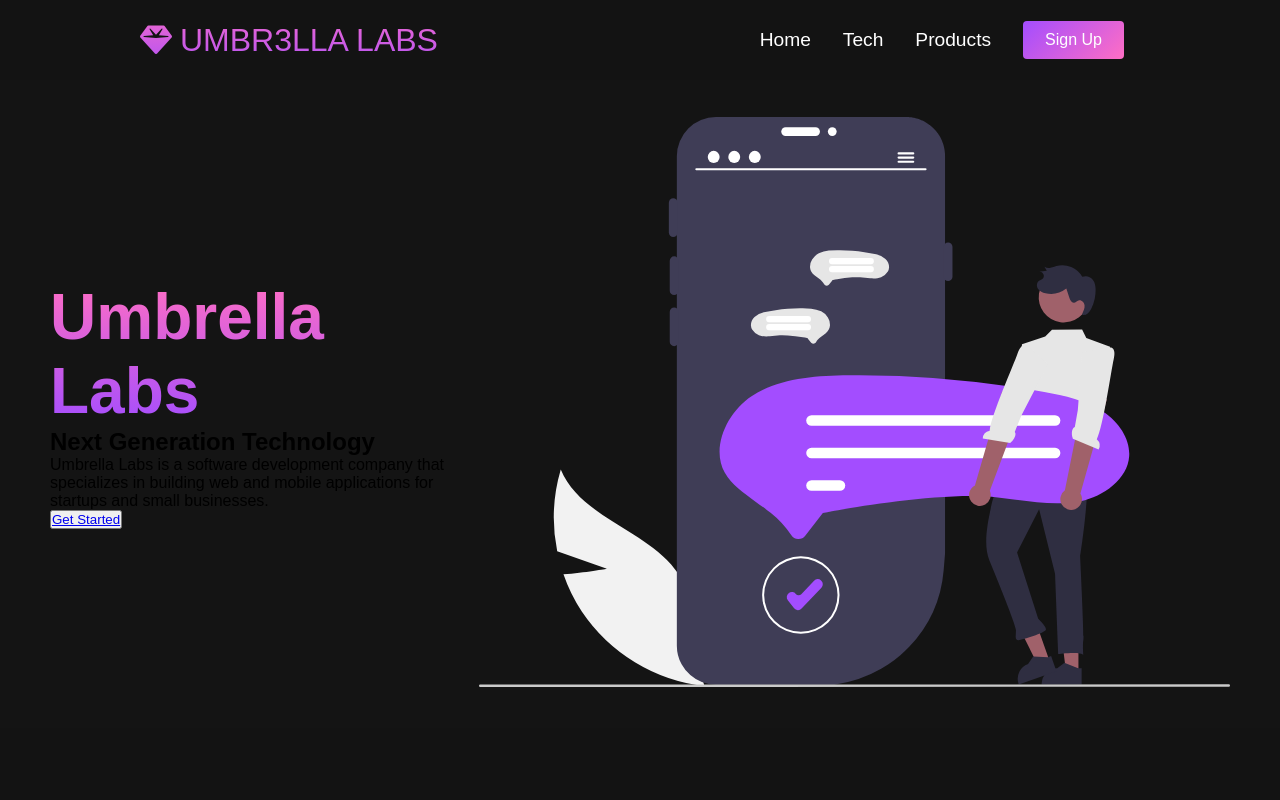
Repository: MikeeBuilds/umbr3lla
Page: index.html
The author's editor kept a copy of each file at every save. The page is drawn from the files as they stood at one save, then again after the next save.
The browser window is 1280 px wide. The pictures show the whole page.
Some web libraries are served in a nearby version.

Above is the page before, as saved 2023-05-27 19:38:39.

### index.html
<!DOCTYPE html>
<html lang="en">
  <head>
    <meta charset="UTF-8" />
    <meta http-equiv="X-UA-Compatible" content="IE=edge" />
    <meta name="viewport" content="width=device-width, initial-scale=1.0" />
    <title>Umbr3lla Labs</title>
    <link
      rel="stylesheet"
      href="https://cdnjs.cloudflare.com/ajax/libs/font-awesome/5.15.3/css/all.min.css"
    />

    <link rel="stylesheet" href="styles.css" />
    <script src="https://kit.fontawesome.com/f8f61e487a.js" crossorigin="anonymous"></script>
  </head>
  <body>
    <!-- Navbar Section -->
    <nav class="navbar">
      <div class="navbar__container">
        <a href="/" id="navbar__logo">

          <i class="fas fa-gem "></i>  UMBR3LLA LABS</a>
        <div class="navbar__toggle" id="mobile-menu">
          <span class="bar"></span>
          <span class="bar"></span>
          <span class="bar"></span>
        </div>

        <ul class="navbar__menu">
          <li class="navbar__item">
            <a href="/" class="navbar__links"> Home </a>
          </li>
          <li class="navbar__item">
            <a href="/tech.html" class="navbar__links"> Tech </a>
          </li>
          <li class="navbar__item">
            <a href="/" class="navbar__links"> Products </a>
          </li>
          <li class="navbar__btn">
            <a href="/" class="button"> Sign Up </a>
          </li>
        </ul>
      </div>
    </nav>

    <!-- Hero Section -->
    <div class="main">
        <div class="main__container">
            <div class="main__content">
                <h1>Umbrella Labs</h1>
                <h2>
                    Next Generation Technology
                </h2>
                <p>Umbrella Labs is a software development company that specializes in building web and mobile applications for startups and small businesses.</p>
                <button class="main__btn"><a href="/">Get Started</a></button>
            </div>
            <div class="main__img--container">
                <img src="images/pic1.svg" alt="pic" id="main__img">
        </div>
    </div>
    <script src="app.js"></script>
  </body>
</html>

### styles.css
* {
    box-sizing: border-box;
    margin: 0;
    padding: 0;
    font-family: 'Kumbh Sans', sans-serif;
}

.navbar {
    background: #131313;
    height: 80px;
    display: flex;
    justify-content: center;
    align-items: center;
    font-size: 1.2rem;
    position: sticky;
    top: 0;
    z-index: 999;
}

.navbar__container {
    display: flex;
    justify-content: space-between;
    height: 80px;
    z-index: 1;
    width: 100%;
    max-width: 1300px;
    margin: 0 auto;
    padding: 0 50px;
    max-width: 1100px;
}

#navbar__logo {
    background-color: #ff8177;
    background-image: linear-gradient(to top,  #a34dff, #ff6ec4);
    background-size: 100%;
    -webkit-background-clip: text;
    -moz-background-clip: text;
    -webkit-text-fill-color: transparent;
    -moz-text-fill-color: transparent;
    display: flex;
    align-items: center;
    cursor: pointer;
    text-decoration: none;
    font-size: 2rem;
}

.fa-gem {
    margin-right: 0.5rem;
}

.navbar__menu {
    display: flex;
    align-items: center;
    list-style: none;
    text-align: center;
}

.navbar__item {
    height: 80px;
}

.navbar__links {
    color: #fff;
    display: flex;
    align-items: center;
    text-decoration: none;
    padding: 0.5rem 1rem;
    height: 100%;
}

.navbar__btn {
    display: flex;
    align-items: center;
    justify-content: center;
    padding: 0 1rem;
    width: 100%;
    height: 100%;
    border: none;
    outline: none;
}

.button {
    border-radius: 4px;
    background: linear-gradient(135deg, #a34dff, #ff6ec4);
    padding: 10px 22px;
    color: #fff;
    font-size: 16px;
    outline: none;
    border: none;
    cursor: pointer;
    transition: all 0.2s ease-in-out;
    text-decoration: none;
}

.button:hover {
    transition: all 0.2s ease-in-out;
    background: linear-gradient(135deg, #ff6ec4, #a34dff);
    color: #fff;
}

.navbar__links:hover {
    color: #ff6ec4;
    transition: all 0.3s ease;
}



@media screen and (max-width: 960px) {
    .navbar__container {
        display: flex;
        justify-content: space-between;
        height: 80px;
        z-index: 1;
        width: 100%;
        max-width: 1300px;
        padding: 0 24px;
    }


    .navbar__menu {
        display: grid;
        grid-template-columns: auto;
        margin: 16px 0;
        width: 100%;
        position: absolute;
        top: -1000px;
        opacity: 0;
        transition: all 0.5s ease;
        height: 50vh;
        z-index: -1;
    }

    .navbar__menu.active {
        background: #131313;
        top: 100%;
        opacity: 1;
        transition: all 0.5s ease;
        z-index: 1;
        height: 50vh;
        font-size: 1.6rem;
    }

    #navbar__logo {
        display: flex;
        justify-content: start;
        position: absolute;
        top: 0;
        left: 0;
        transform: translate(25%, 50%);
    }

    .navbar__toggle .bar {
        width: 25px;
        height: 3px;
        margin: 5px auto;
        transition: all 0.3s ease-in-out;
        background: #fff;
    }

    .navbar__item {
        width: 100%;
    }

    .navbar__links {
        text-align: center;
        padding: 2rem;
        width: 100%;
        display: table;
    }

    #mobile-menu {
        position: absolute;
        top: 20%;
        right: 5%;
        transform: translate(5%, 20%);
    }

    .navbar__btn {
        padding: 2rem;
    }

    .button {
        display: flex;
        justify-content: center;
        align-items: center;
        width: 80%;
        height: 80px;
        margin: 0;
    }

    .navbar__toggle .bar {
        display: block;
        cursor: pointer;
    }

    #mobile-menu.is-active .bar:nth-child(2) {
        opacity: 0;
    }

    #mobile-menu.is-active .bar:nth-child(1) {
        transform: translateY(8px) rotate(45deg);
    }

    #mobile-menu.is-active .bar:nth-child(3) {
        transform: translateY(-8px) rotate(-45deg);
    }


}

/* Hero Section CSS */

.main {
    background: #131313;
    height: 100vh;
    max-height: 1100px;
    position: relative;
    overflow: hidden;
}

.main__container {
    display: grid;
    grid-template-columns: 1fr 1fr;
    justify-self: center;
    margin: 0 auto;
    height: 90vh;
    align-items: center;
    background-color: #141414;
    z-index: 1;
    width: 100%;
    max-width: 1300px;
    padding: 0 50px;
}

.main__content h1 {
    font-size: 4rem;
    background-color: #a34dff;
    background-image: linear-gradient(to top,  #a34dff, #ff6ec4);
    background-size: 100%;
    -webkit-background-clip: text;
    -moz-background-clip: text;
    -webkit-text-fill-color: transparent;
    -moz-text-fill-color: transparent;
}

.main__content h2 {

}

### app.js
const menu = document.querySelector('#mobile-menu')
const menuLinks = document.querySelector('.navbar__menu')

menu.addEventListener('click', function() {
    menu.classList.toggle('is-active')
    menuLinks.classList.toggle('active')
})

After the next save:
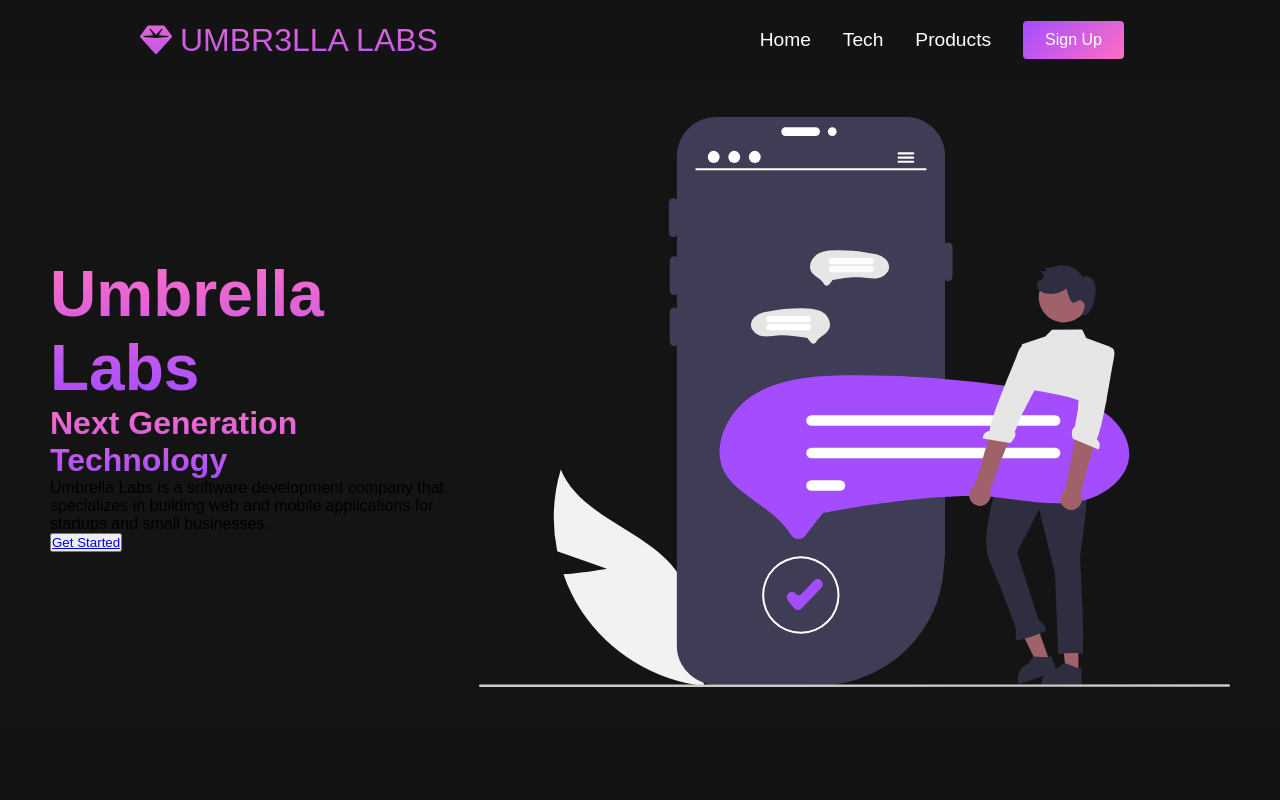
Saved 34 s later.
--- a/styles.css
+++ b/styles.css
@@ -244,5 +244,12 @@
 }
 
 .main__content h2 {
-
-}
+    font-size: 2rem;
+    background-color: #a34dff;
+    background-image: linear-gradient(to top,  #a34dff, #ff6ec4);
+    background-size: 100%;
+    -webkit-background-clip: text;
+    -moz-background-clip: text;
+    -webkit-text-fill-color: transparent;
+    -moz-text-fill-color: transparent;
+}
